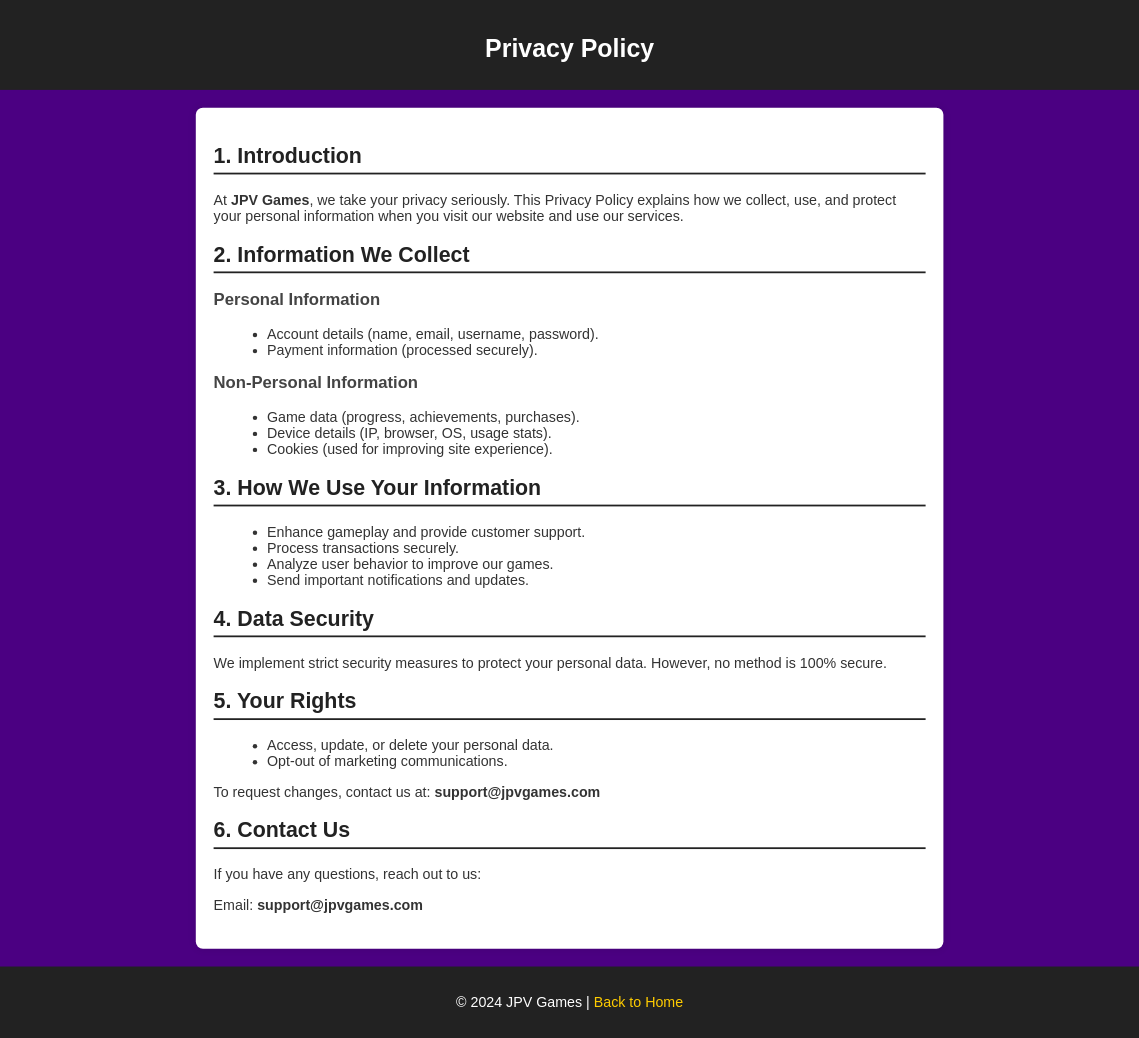
Repository: meenadabhii/jpygames.com
Page: http://localhost/privacy-policy.html
An editor plug-in stored every save of this project. The page is shown before and after a run of saves, followed by the edit.
The browser window is 1280 px wide. The pictures show the whole page, at 89% of full size.
The page is served by the project's Node server (app.js).

Above is the page before, as saved 2025-02-08 10:53:28.

After the next 4 saves:
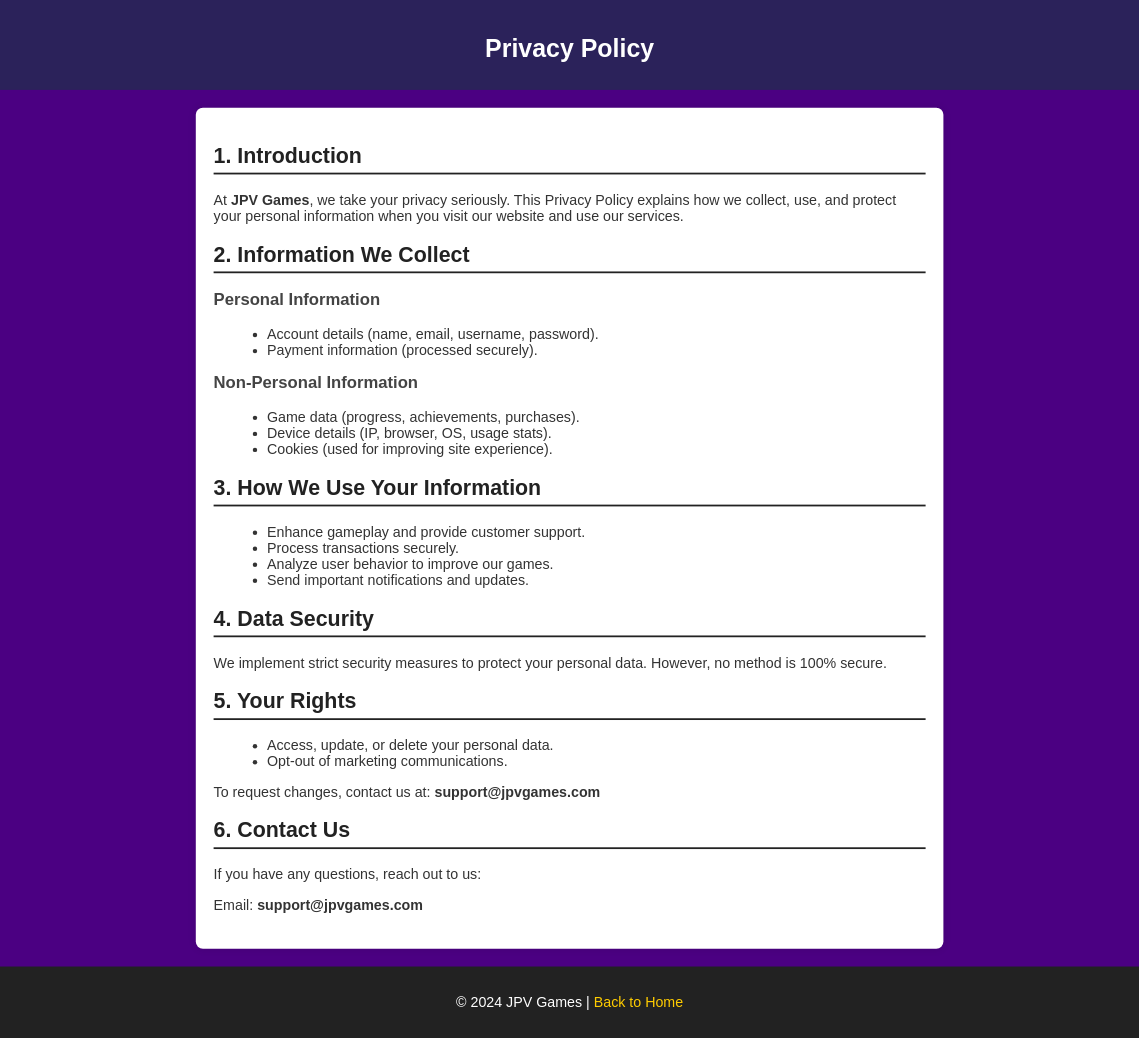
The 4 saves are shown as one change because they came seconds apart.
The last was saved 95 s later.
--- a/nodejs/views/privacy-policy.html
+++ b/nodejs/views/privacy-policy.html
@@ -17,7 +17,7 @@
 
 /* Header Styling */
 header {
-    background: #222;
+    background: #2b225a;;
     color: white;
     text-align: center;
     padding: 20px;
